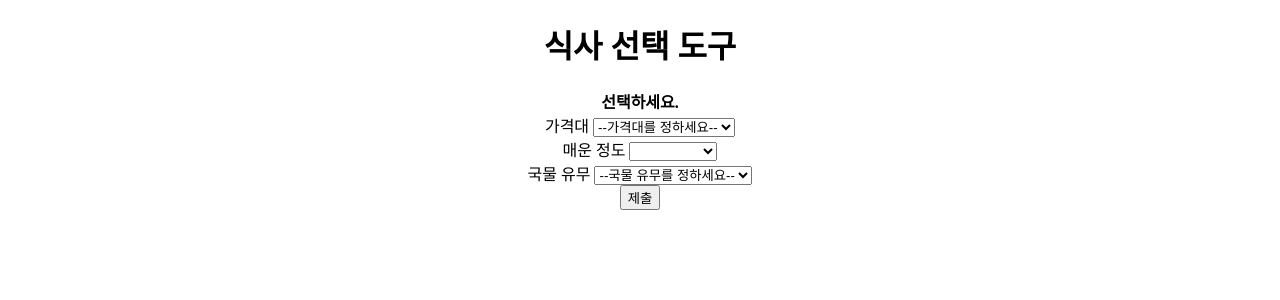
Repository: kimgh06/JavaWeb
Page: http://localhost/what/
An editor plug-in stored every save of this project. The page is shown before and after the next save, followed by the edit.
The browser window is 1280 px wide. The pictures show the whole page.
The page is served by Tomcat 9.

Above is the page before, as saved 2022-11-04 00:17:56.

After the next save:
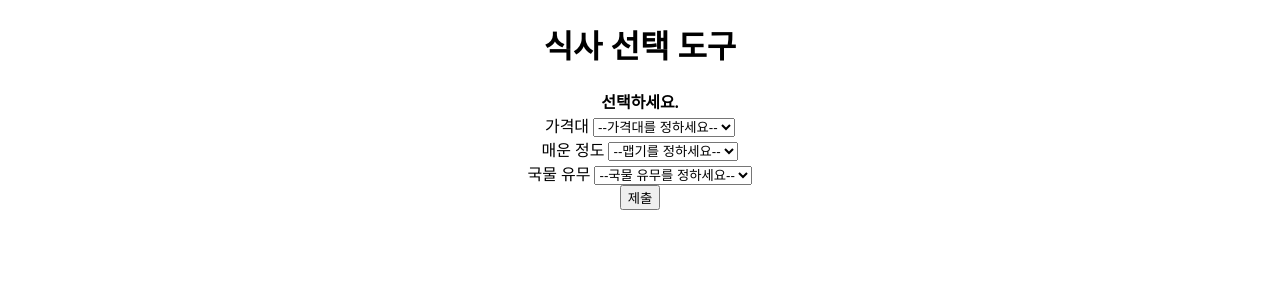
Saved 12 s later.
--- a/what/src/main/webapp/index.jsp
+++ b/what/src/main/webapp/index.jsp
@@ -26,7 +26,7 @@
 			<div>
 				<label>매운 정도</label>
 				<select>
-					<option value="-1"></option>
+					<option value="-1">--맵기를 정하세요--</option>
 					<option value="하">맵지 않음</option>
 					<option value="중">적당히 매움</option>
 					<option value="상">매움</option>
